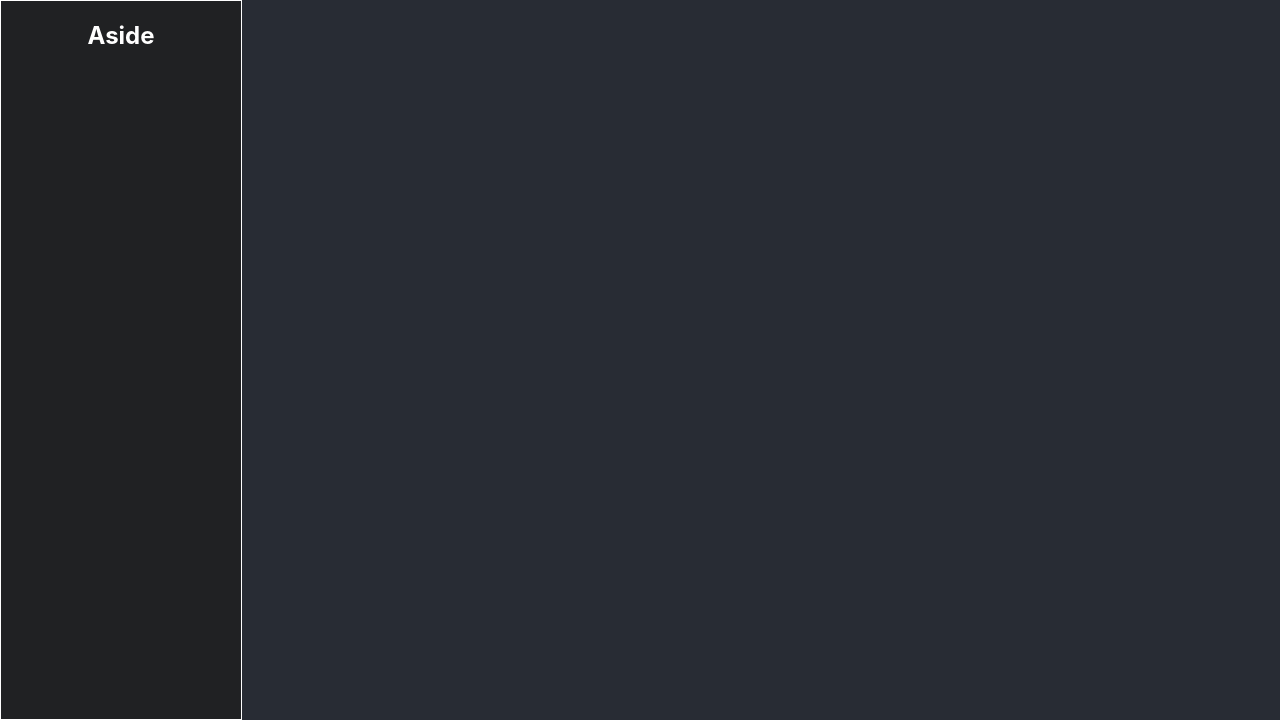
Repository: lancenigel/ChatGPT-Clone
Page: / (app in client/)
An editor plug-in stored every save of this project. The page is shown before and after a run of saves, followed by the edit.
The browser window is 1280 px wide. The pictures show the whole page.
The project was rebuilt for these pictures with package versions that can differ from the ones it lists, and the page was loaded fresh each time.

Above is the page before, as saved 2024-02-04 00:10:46.

After the next 2 saves:
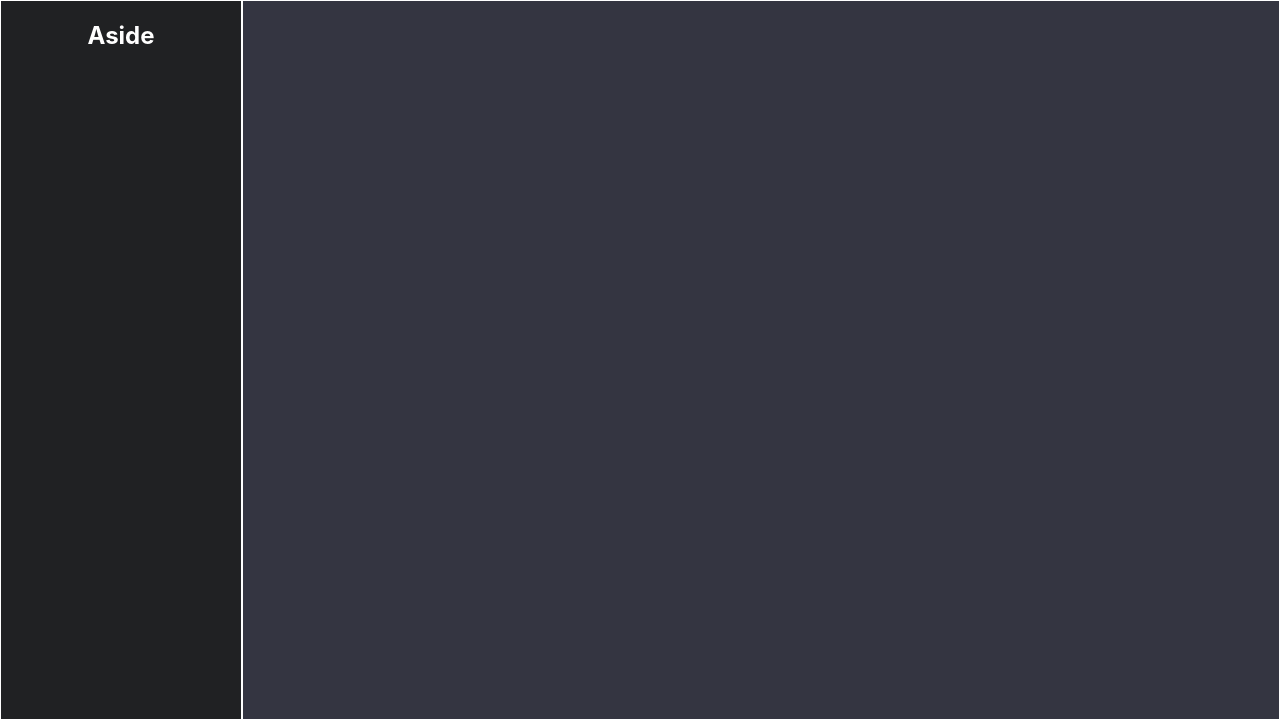
The 2 saves are shown as one change because they came seconds apart.
The last was saved 25 s later.
--- a/client/src/App.css
+++ b/client/src/App.css
@@ -9,8 +9,8 @@
 
 .chatbox {
   flex: 1;
-  border: 1px solid whitel
-  background-color:#343541;
+  border: 1px solid white;
+  background-color: #343541;
 }
 
 .sidemenu {
